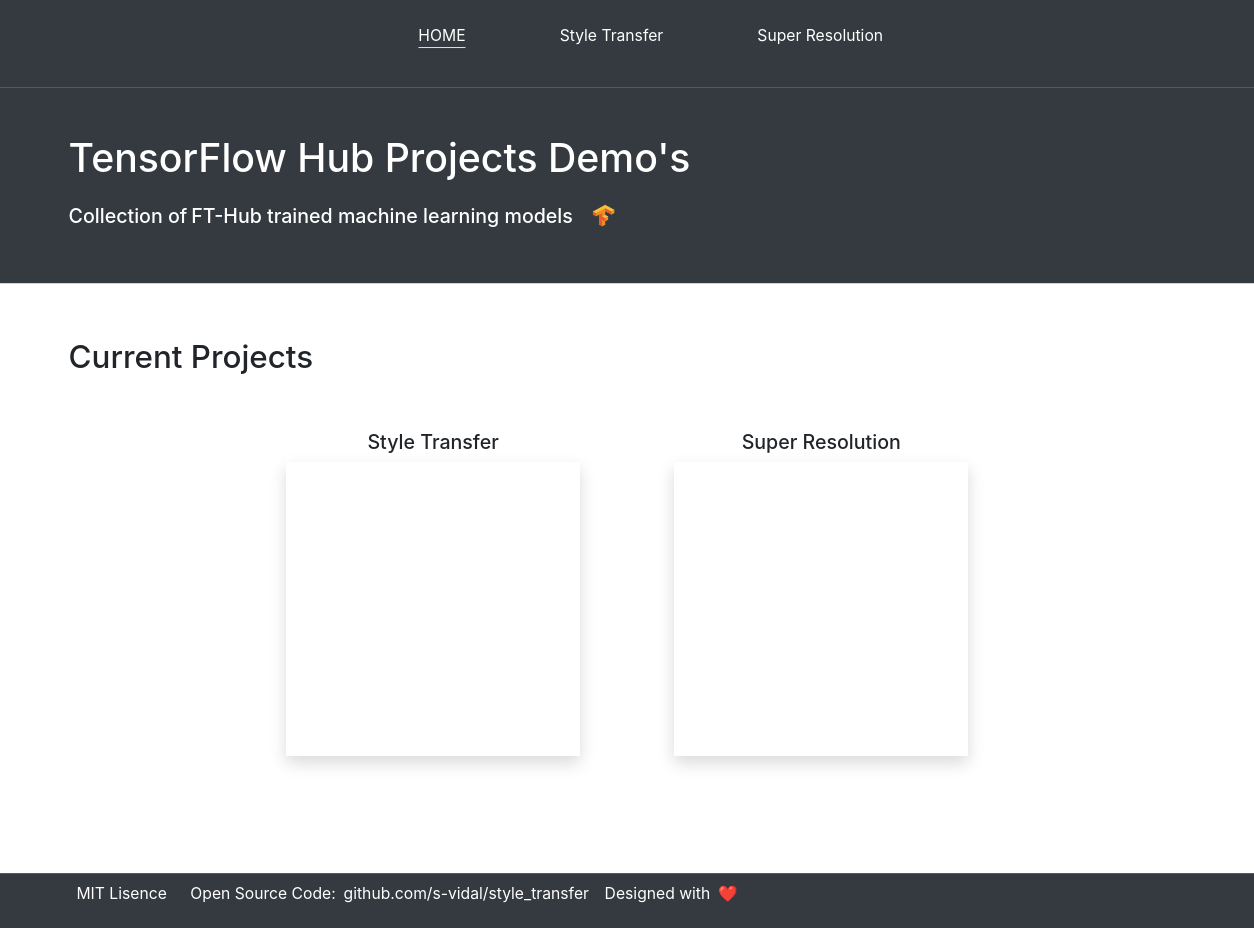
Repository: s-vidal/style_transfer
Page: / (app in client/)
The author's editor kept a copy of each file at every save. The page is drawn from the files as they stood at one save, then again after the next save.
The browser window is 1280 px wide. The pictures show the whole page, at 98% of full size.
The page's requests for data from a server got no answer. The project was rebuilt for these pictures with package versions that can differ from the ones it lists, and the page was loaded fresh each time. A package was used in the major version that the imports need, not the one package.json lists. No one was signed in, and anything a server would have sent is missing. Also part of the build but not shown: client/src/App.css, client/src/components/DropZone.jsx, client/src/lib/api.js, client/src/components/Inference.jsx, client/src/components/Header.jsx, client/src/pages/StyleTransfer.jsx, client/src/pages/SuperResolution.jsx.

Above is the page before, as saved 2020-09-30 16:28:46.

### client/public/index.html
<!DOCTYPE html>
<html lang="en">
  <head>
    <meta charset="utf-8" />
    <link rel="icon" href="%PUBLIC_URL%/favicon.ico" />
    <meta name="viewport" content="width=device-width, initial-scale=1" />
    <meta name="theme-color" content="#000000" />
    <meta
      name="description"
      content="Web site created using create-react-app"
    />
    <link rel="apple-touch-icon" href="%PUBLIC_URL%/logo192.png" />
    <!--
      manifest.json provides metadata used when your web app is installed on a
      user's mobile device or desktop. See https://developers.google.com/web/fundamentals/web-app-manifest/
    -->
    <link rel="manifest" href="%PUBLIC_URL%/manifest.json" />
    <!--
      Notice the use of %PUBLIC_URL% in the tags above.
      It will be replaced with the URL of the `public` folder during the build.
      Only files inside the `public` folder can be referenced from the HTML.

      Unlike "/favicon.ico" or "favicon.ico", "%PUBLIC_URL%/favicon.ico" will
      work correctly both with client-side routing and a non-root public URL.
      Learn how to configure a non-root public URL by running `npm run build`.
    -->
    <!-- CSS only -->
    <link
      rel="stylesheet"
      href="https://stackpath.bootstrapcdn.com/bootstrap/4.5.2/css/bootstrap.min.css"
      integrity="sha384-JcKb8q3iqJ61gNV9KGb8thSsNjpSL0n8PARn9HuZOnIxN0hoP+VmmDGMN5t9UJ0Z"
      crossorigin="anonymous"
    />
    <title>React App</title>
  </head>
  <body>
    <noscript>You need to enable JavaScript to run this app.</noscript>
    <div id="root"></div>
    <!--
      This HTML file is a template.
      If you open it directly in the browser, you will see an empty page.

      You can add webfonts, meta tags, or analytics to this file.
      The build step will place the bundled scripts into the <body> tag.

      To begin the development, run `npm start` or `yarn start`.
      To create a production bundle, use `npm run build` or `yarn build`.
    -->
    <!-- JS, Popper.js, and jQuery -->
    <script
      src="https://code.jquery.com/jquery-3.5.1.slim.min.js"
      integrity="sha384-DfXdz2htPH0lsSSs5nCTpuj/zy4C+OGpamoFVy38MVBnE+IbbVYUew+OrCXaRkfj"
      crossorigin="anonymous"
    ></script>
    <script
      src="https://cdn.jsdelivr.net/npm/popper.js@1.16.1/dist/umd/popper.min.js"
      integrity="sha384-9/reFTGAW83EW2RDu2S0VKaIzap3H66lZH81PoYlFhbGU+6BZp6G7niu735Sk7lN"
      crossorigin="anonymous"
    ></script>
    <script
      src="https://stackpath.bootstrapcdn.com/bootstrap/4.5.2/js/bootstrap.min.js"
      integrity="sha384-B4gt1jrGC7Jh4AgTPSdUtOBvfO8shuf57BaghqFfPlYxofvL8/KUEfYiJOMMV+rV"
      crossorigin="anonymous"
    ></script>
  </body>
</html>

### client/src/App.js
import React from "react";
import {BrowserRouter as Router, Switch, Route} from "react-router-dom";
import "./App.css";
import StyleTransfer from "./pages/StyleTransfer";
import SuperResolution from "./pages/SuperResolution";
import Footer from "./components/Footer";
import NavBar from "./components/NavBar";
import HomePage from "./pages/HomePage";

function App() {
  return (
    <div>
      <Router>
        <NavBar />
        <Switch>
          <Route path="/super-resolution">
            <SuperResolution />
          </Route>
          <Route path="/style-transfer">
            <StyleTransfer />
          </Route>
          <Route path="/">
            <HomePage />
          </Route>
        </Switch>
        <Footer />
      </Router>
    </div>
  );
}

export default App;

### client/src/components/Footer.jsx
import React from "react";

const Footer = () => {
  return (
    <div className="text-white bg-dark">
      <div className="container mt-5">
        <div className="row p-2 mt-4">
          <p className="mr-4">MIT Lisence</p>
          <p>Open Source Code:</p>
          <a
            className="ml-2 text-white"
            href="https://github.com/s-vidal/style_transfer"
          >
            <span>github.com/s-vidal/style_transfer</span>
          </a>
          <p className="ml-3 mr-1"> Designed with </p>
          <span role="img" aria-label="emoji" className="ml-1">
            ❤️
          </span>
        </div>
      </div>
    </div>
  );
};

export default Footer;

### client/src/components/NavBar.jsx
import React, {useState, useEffect} from "react";
import {Link, useLocation} from "react-router-dom";
import "./NavBar.css";

const NavBar = () => {
  const [currentPage, setCurrentPage] = useState("");
  const location = useLocation();

  useEffect(() => {
    const currentPath = location.pathname;
    setCurrentPage(currentPath.substring(1));
  }, [location]);

  return (
    <nav className="navbar navbar-expand-lg d-flex justify-content-center bg-dark pt-3 pb-3">
      <ul className="navbar-nav">
        <li className="nav-item">
          <Link className="nav-link pl-5 pr-5" to={"/"}>
            <div className="ml-5 ">
              <p
                className={
                  currentPage === ""
                    ? "text-white nav-text active border-bottom"
                    : "text-white nav-text"
                }
              >
                HOME
              </p>
            </div>
          </Link>
        </li>
        <li className="nav-item">
          <Link
            className="nav-link pl-5 pr-5 text-white"
            to={"/style-transfer"}
          >
            <p
              className={
                currentPage === "style-transfer"
                  ? "text-white nav-text active border-bottom"
                  : "text-white nav-text"
              }
            >
              Style Transfer
            </p>
          </Link>
        </li>
        <li className="nav-item active">
          <Link
            className="nav-link pl-5 pr-5 text-white"
            to={"/super-resolution"}
          >
            <p
              className={
                currentPage === "super-resolution"
                  ? "text-white nav-text active border-bottom"
                  : "text-white nav-text"
              }
            >
              Super Resolution
            </p>
          </Link>
        </li>
      </ul>
    </nav>
  );
};

export default NavBar;

### client/src/pages/HomePage.jsx
import React from "react";
import "../components/HomePage.css";

const HomePage = () => {
  return (
    <>
      <div className="bg-dark text-white p-4 pt-5 pb-5">
        <div className="container">
          <div className="row">
            <h1>TensorFlow Hub Projects Demo's</h1>
          </div>
          <div className="row mt-3">
            <h5>Collection of</h5>
            <a
              href="https://tfhub.dev/google/magenta/arbitrary-image-stylization-v1-256/2"
              className="pl-1 pr-1 text-white"
            >
              <h5>FT-Hub trained machine learning models</h5>
            </a>
            <img
              className="ml-3"
              src={require("../img/tf_logo.png")}
              alt="tf"
              width="22"
              height="22"
            ></img>
          </div>
        </div>
      </div>
      <div className="pt-5 pl-5 pr-5 pb-4">
        <div className="container p-0">
          <div>
            {/* <h5 className="mb-4">
              Recourse designed to display, explain and test TF-Hb models
            </h5> */}
            <h2 className="mt-2">Current Projects</h2>
          </div>
          <div className="row d-flex justify-content-center">
            <div className="m-5">
              <h5 className="text-center">Style Transfer</h5>
              <div className="home-item shadow"></div>
            </div>
            <div className="m-5">
              <h5 className="text-center"> Super Resolution</h5>
              <div className="home-item shadow"></div>
            </div>
          </div>
        </div>
      </div>
    </>
  );
};

export default HomePage;

### client/src/components/NavBar.css
.nav-text:hover {
  border-bottom: 1px solid white;
  transition-duration: 0.5s ease-in-out;
}

### client/src/components/HomePage.css
.home-item {
  min-width: 300px;
  min-height: 300px;
}
.home-item:hover {
  cursor: pointer;
  transform: translate(3px, 3px);
  transition-duration: 0.5s ease-in-out;
}

Loaded but not shown: client/src/index.js (common file); client/src/index.css (common file); client/src/serviceWorker.js (common file)

After the next save:
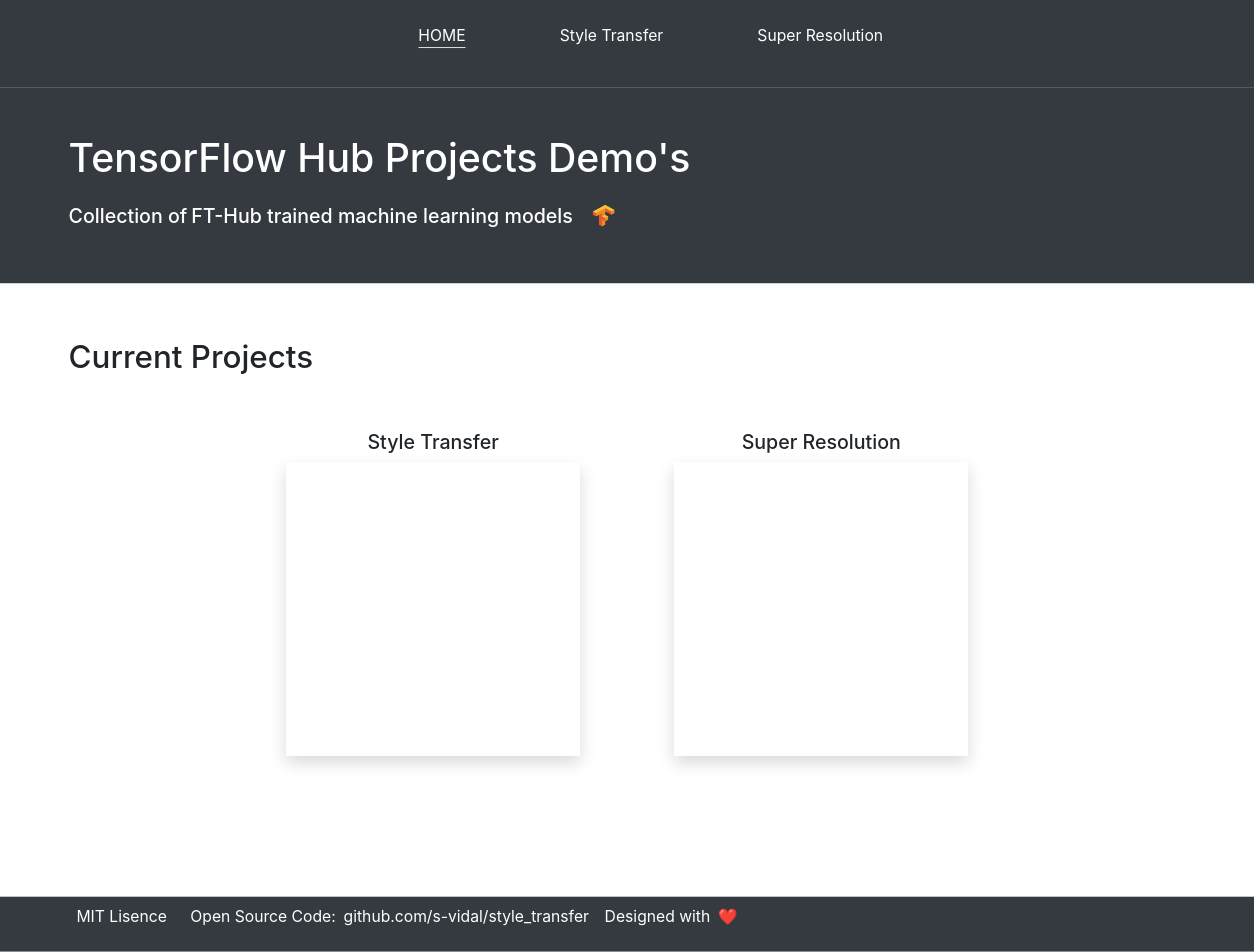
Saved 37 s later.
--- a/client/src/pages/HomePage.jsx
+++ b/client/src/pages/HomePage.jsx
@@ -27,7 +27,7 @@
           </div>
         </div>
       </div>
-      <div className="pt-5 pl-5 pr-5 pb-4">
+      <div className="p-5">
         <div className="container p-0">
           <div>
             {/* <h5 className="mb-4">
